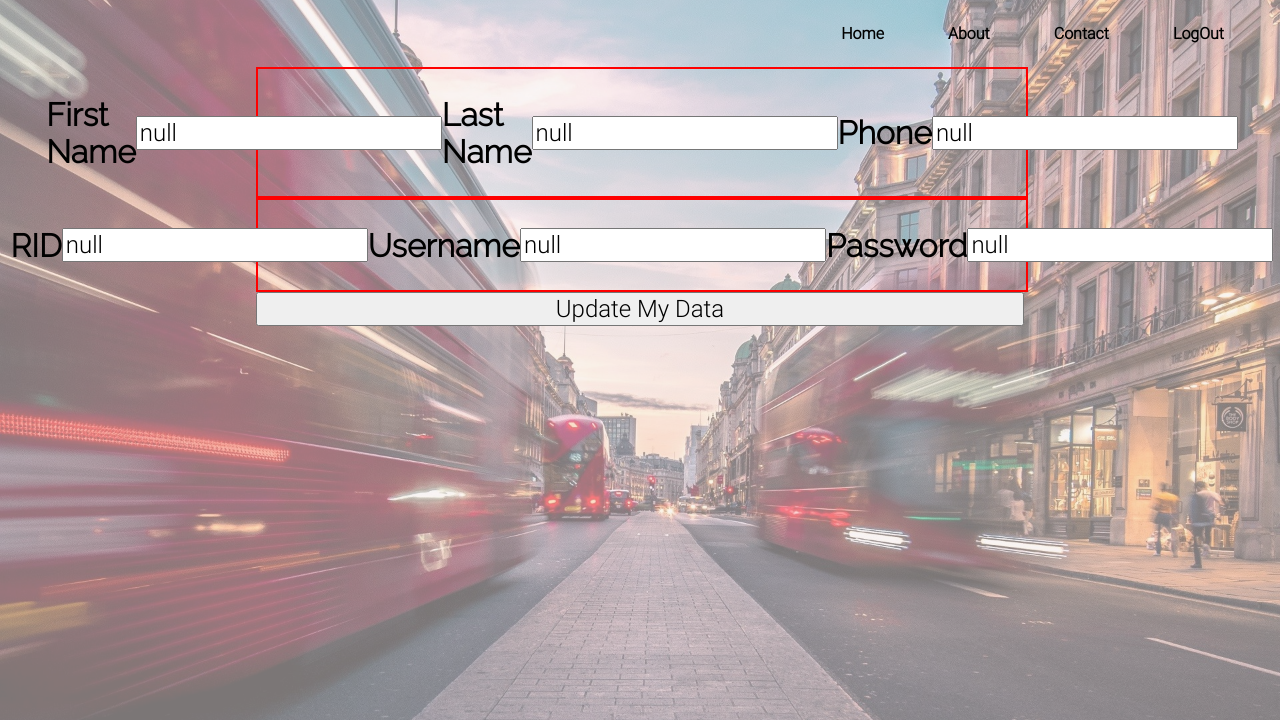
Repository: Savindushehan/RouteMaster-Group-project
Page: http://localhost/RouterMaster/Updateuserdetails.jsp
These files come from the project's save history. The page is drawn as it stood at one moment and after the next save; the edit follows.
The browser window is 1280 px wide. The pictures show the whole page.
The page is served by Tomcat 10. Other server files are loaded and not shown.

Above is the page before, as saved 2023-10-27 05:44:35.

### RouteMaster/RouterMaster/src/main/webapp/Updateuserdetails.jsp
<%@ page language="java" contentType="text/html; charset=UTF-8"
    pageEncoding="UTF-8"%>
<!DOCTYPE html>
<html>
<head>
<meta charset="UTF-8">
<title>Insert title here</title>
 <style>
          @font-face {
        font-family: 'Roboto-Light'; /* Font family name */
        src: url('Fonts/Roboto-Light.ttf') format('truetype'); /* URL to your font file */
        font-weight: normal;
        font-style: italic;
        }
        @font-face {
        font-family: 'Raleway-Light'; /* Font family name */
        src: url('Fonts/Raleway-Light.ttf') format('truetype'); /* URL to your font file */
        font-weight: normal;
        font-style: italic;
        }
        @font-face {
        font-family: 'Roboto-Bold'; /* Font family name */
        src: url('Fonts/Roboto-Bold.ttf') format('truetype'); /* URL to your font file */
        font-weight: normal;
        font-style: italic;
        }
        :root{
            --div-color1:#000000;
            --div-color2:#272702;
            --div-color3:#07FAFA;
            --div-color4:#FFFFFF;
        }
        a{
            text-decoration: none;
        }
         body{
            margin: 0;
            padding: 0;
			background-image: url('Images/background.jpg');
            background-size: cover;
            background-repeat: no-repeat;
            background-position: center;
            height: 100vh;

        }
        body::before {
          content: "";
          position: absolute;
          top: 0;
          left: 0;
          width: 100%;
          height: 100%;
          background-color: rgba(245, 236, 236, 0.5);
          z-index: -1;
        }
        .head{
            display: flex;
            flex-direction: row;
            justify-content: right;
        }
         header h3{
            color: var(--div-color1);
            font-size:1rem;
            margin-right: 3rem;
            cursor: grab;
            padding: 0.5rem;
            border-radius: 0.5rem;
            outline: none;
            font-family: 'Roboto-Light';
        }
        h1{
          font-size: 2.5rem;
          text-align: center;
          margin-top: 3rem;
        }
        .row1,.row2{
        width:100%;
        display: flex;
         flex-direction:row;
          justify-content: center;
          border:2px solid red;
        }
        .details{
         display: flex;
          flex-direction: column;
         justify-content: space-between;
       	 width:60vw;
        margin-left:auto;
        margin-right: auto;

        }
        .column1{
        	display:flex;
        	flex-direction:row;
        	align-items: center;
        }
        .column2{
        	display:flex;
        	flex-direction:row;
        	align-items: center;
        }
        h2{
         font-family: 'Raleway-Light';
          font-size: 2rem;
        }
        input{
         font-size: 1.5rem;
          font-family: 'Roboto-Light';
          outline:none;
        }

    </style>
</head>
<body>
	 <header>
        <div class="head">
          <a href="Home.jsp"><h3 id="m1">Home</h3></a>
           <a href="AboutUs.jsp"><h3 id="m2">About</h3></a>
            <a href="ContactUS.jsp"><h3 id="m3">Contact</h3></a>
           <a href="login.jsp"><h3 id="m4">LogOut</h3></a>
        </div>
    </header>
	<main>
	<%
	String RID=request.getParameter("RID");
	String F_name=request.getParameter("F_name");
	String L_name=request.getParameter("L_name");
	String Phone=request.getParameter("Phone");
	String Username=request.getParameter("Username");
	String Password=request.getParameter("Password");
	%>

	<form action="updateuserServlet" method="post">
		 <div class="details">

                <div class="row1">

                    <div class="column1">
                        <h2>First Name</h2>
                        <input type="text" name="F_name" value="<%=F_name%>">
                    </div>
                    <div class="column2">
                        <h2>Last Name</h2>
                        <input type="text" name="L_name" value="<%=L_name%>">
                    </div>
                    <div class="column1">
                        <h2>Phone</h2>
                          <input type="text" name="Phone" value="<%=Phone%>">
                    </div>

                </div>
                <div class="row2">

                    <div class="column2">
                       	<h2>RID</h2>
                        <input type="text" name="RID" value="<%=RID%>" readonly>
                    </div>
                    <div class="column1">
                        <h2>Username</h2>
                         <input type="text" name="Username" value="<%=Username%>">
                    </div>
                    <div class="column2">
                        <h2>Password</h2>
                          <input type="text" name="Password" value="<%=Password%>">
                    </div>
                </div>



                <input type="submit" name="btn" id="btn" value="Update My Data">
            </div>
	</form>
	</main>

</body>
</html>

After the next save:
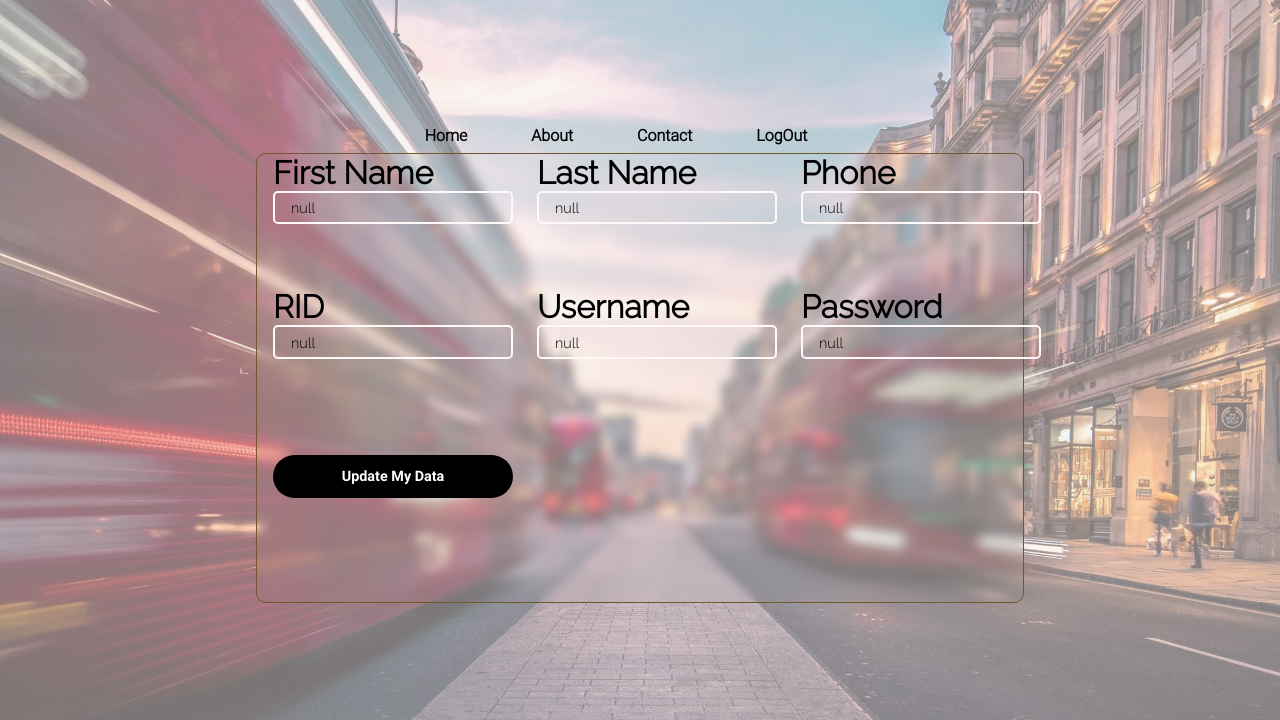
Saved 68 s later.
--- a/RouteMaster/RouterMaster/src/main/webapp/Updateuserdetails.jsp
+++ b/RouteMaster/RouterMaster/src/main/webapp/Updateuserdetails.jsp
@@ -33,15 +33,26 @@
         a{
             text-decoration: none;
         }
-         body{
+        *{
             margin: 0;
             padding: 0;
+            box-sizing:border-box;
+        }
+        a{
+            text-decoration: none;
+        }
+         body{
+            display: flex;
+            flex-direction: row;
+            min-height:100vh;
 			background-image: url('Images/background.jpg');
             background-size: cover;
             background-repeat: no-repeat;
             background-position: center;
             height: 100vh;
-
+            justify-content:center;
+            align-items:center;
+            flex-direction:column;
         }
         body::before {
           content: "";
@@ -58,7 +69,7 @@
             flex-direction: row;
             justify-content: right;
         }
-         header h3{
+        header h3{
             color: var(--div-color1);
             font-size:1rem;
             margin-right: 3rem;
@@ -68,47 +79,121 @@
             outline: none;
             font-family: 'Roboto-Light';
         }
+          form{
+          display: flex;
+          flex-direction: column;
+          justify-content: center;
+          align-items: center;
+          width: 50rem;
+          margin-left: auto;
+          margin-right: auto;
+        }
         h1{
           font-size: 2.5rem;
           text-align: center;
           margin-top: 3rem;
         }
-        .row1,.row2{
+         .row1,.row2{
+          display: flex;
+          flex-direction: row;
+          justify-content: space-between;
+          width: 100%;
+          margin-left: auto;
+          margin-right: auto;
+          margin-bottom: 4rem;
+        }
+        .details{
+          flex-direction: column;
+          justify-content: space-between;
+       	  width:60vw;
+          margin-left:auto;
+          margin-right: auto;
+
+        }
+        .colomn1{
+            display: flex;
+            flex-direction: column;
+            margin-right: 4rem;
+        }
+        .colomn2{
+            display: flex;
+            flex-direction: column;
+        }
+         .colomn1 .colomn2 input{
         width:100%;
-        display: flex;
-         flex-direction:row;
-          justify-content: center;
-          border:2px solid red;
-        }
-        .details{
+        height:50px;
+        margin: 30px 0;
+        }
+
+         main{
+         width:60%;
+         height: 450px;
          display: flex;
-          flex-direction: column;
-         justify-content: space-between;
-       	 width:60vw;
-        margin-left:auto;
-        margin-right: auto;
-
-        }
-        .column1{
-        	display:flex;
-        	flex-direction:row;
-        	align-items: center;
-        }
-        .column2{
-        	display:flex;
-        	flex-direction:row;
-        	align-items: center;
+         flex-direction: column;
+         backdrop-filter: blur(5px);
+         border:1px solid #72582c;
+         border-radius: 10px;
+         align-items:center;
+         gap:40px;
+
+
         }
         h2{
          font-family: 'Raleway-Light';
           font-size: 2rem;
         }
-        input{
-         font-size: 1.5rem;
-          font-family: 'Roboto-Light';
-          outline:none;
-        }
-
+         form{
+          display: flex;
+          flex-direction: column;
+          justify-content: center;
+          align-items: center;
+          width: 50rem;
+          margin-left: auto;
+          margin-right: auto;
+        }
+
+         .form .main{
+           display:flex;
+           flex-direction:column;
+           width: 85%;
+          }
+
+         input{
+          font-size: 0.9rem;
+          font-family: 'Raleway-Light';
+          width: 15rem;
+          outline: none;
+          padding-left: 1rem;
+          padding-top: 0.4rem;
+          padding-bottom: 0.4rem;
+          border-radius: 5px;
+          border: 2px solid red;
+          border: none;
+          background: transparent;
+          border:2px solid rgb(255, 249, 249);
+
+        }
+          #btn{
+          text-align: center;
+          padding-left: 2rem;
+          padding-right: 2rem;
+          padding-top: 0.8rem;
+          padding-bottom: 0.8rem;
+          border-radius: 10px;
+          font-family: 'Roboto-Bold';
+          background-color: var(--div-color1);
+          color: var(--div-color4);
+          border: none;
+          outline: none;
+          cursor: pointer;
+          margin-top: 2rem;
+          border-radius:500px;
+          transition:all 0.3s;
+
+        }
+       #btn:hover{
+         transform:scale(1.15);
+        }
     </style>
 </head>
 <body>
